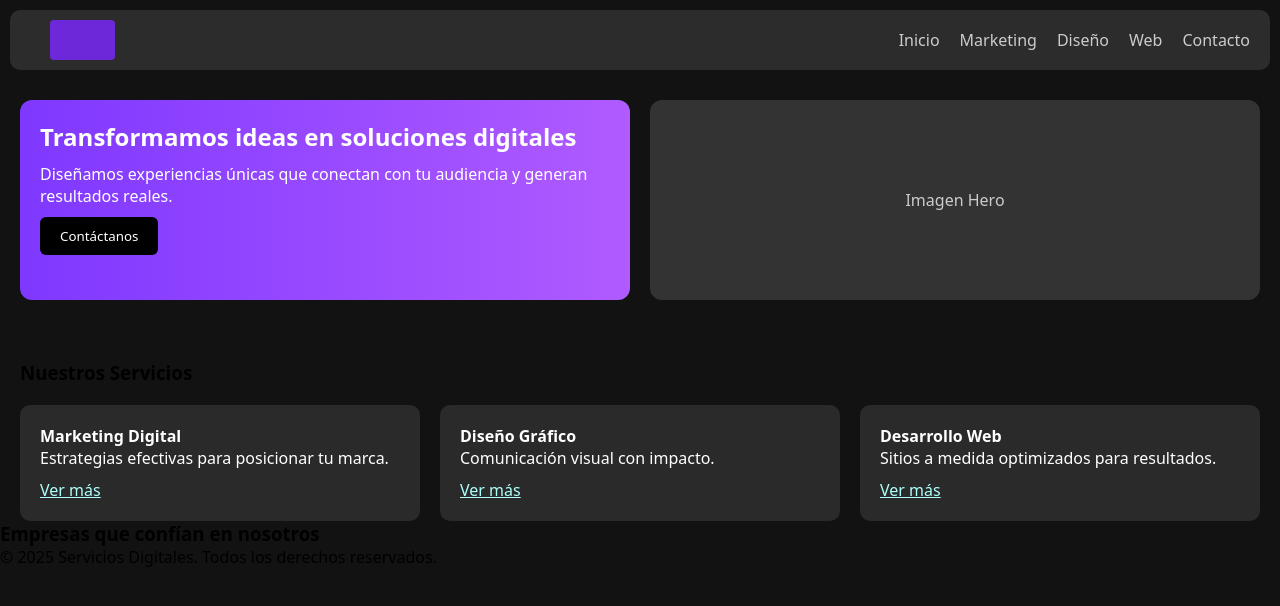
Repository: santinogarrone/TrabajoAgustin
Page: html/index.html
These files come from the project's save history. The page is drawn as it stood at one moment and after a run of saves; the edit follows.
The browser window is 1280 px wide. The pictures show the whole page.

Above is the page before, as saved 2025-05-02 11:56:03.

After the next 4 saves:
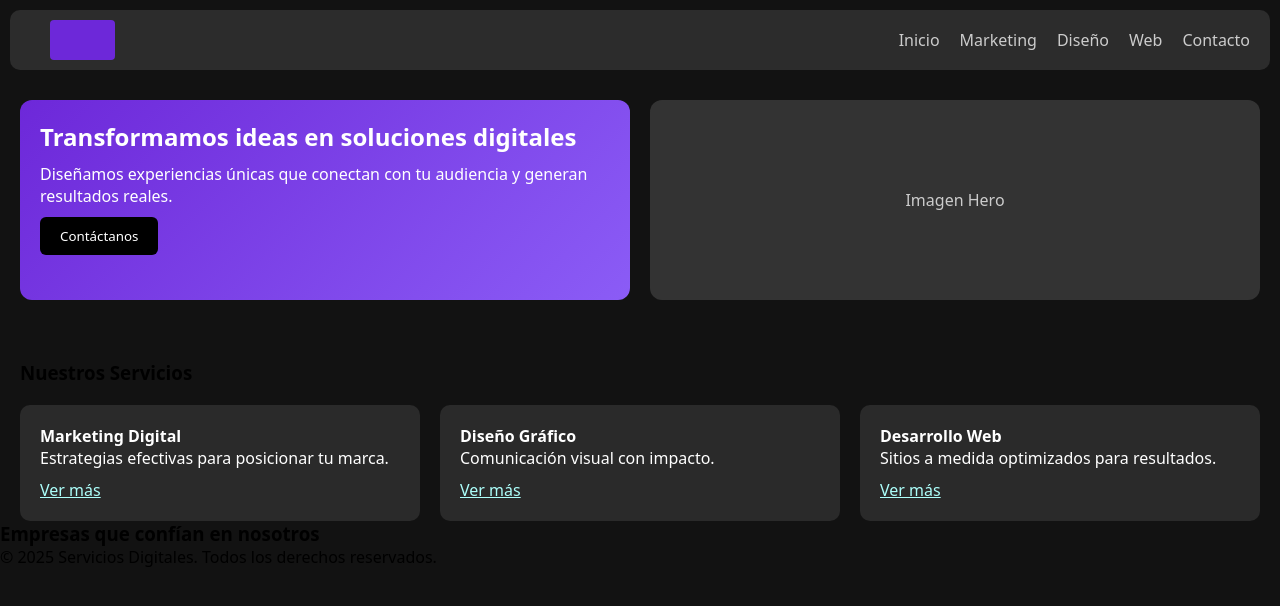
The 4 saves are shown as one change because they came seconds apart.
The last was saved 22 s later.
--- a/css/style.css
+++ b/css/style.css
@@ -69,7 +69,7 @@ header{
   }
 
   .hero-texto {
-    background: linear-gradient(to right, #7f38ff, #b05bff);
+    background: var(--primary-color-gradient);
     color: white;
     padding: 20px;
     border-radius: 12px;
